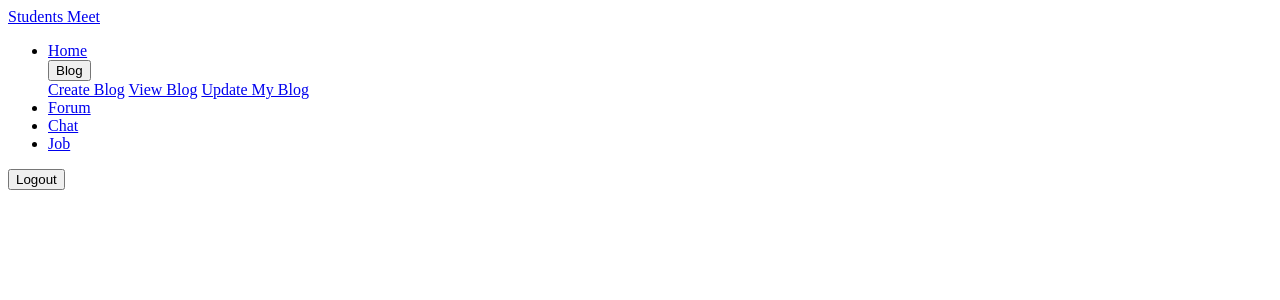
Repository: JamesArul/CLBSiteSTMT
Page: StudentsMeetFrontEnd/WebContent/Headers/UserHeader.html
The author's editor kept a copy of each file at every save. The page is drawn from the files as they stood at one save, then again after the next save.
The browser window is 1280 px wide. The pictures show the whole page.

Above is the page before, as saved 2017-05-31 17:30:18.

After the next save:
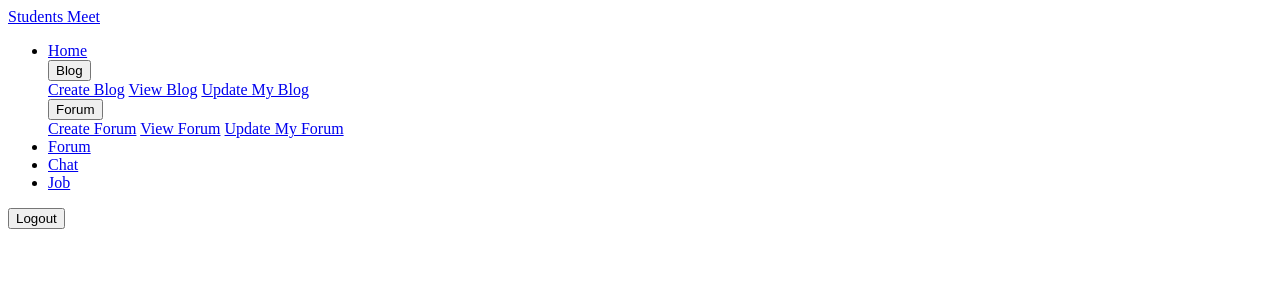
Saved 41 s later.
--- a/StudentsMeetFrontEnd/WebContent/Headers/UserHeader.html
+++ b/StudentsMeetFrontEnd/WebContent/Headers/UserHeader.html
@@ -14,6 +14,14 @@
      	 <a href="#">Update My Blog</a>
     	</div>
       </div>
+      <div class="dropdown">
+      <button class="dropbtn">Forum</button>
+    	<div class="dropdown-content">
+      	 <a href="#">Create Forum</a>
+      	 <a href="#">View Forum</a>
+     	 <a href="#">Update My Forum</a>
+    	</div>
+      </div>
       <li><a href="#!/goLogin">Forum</a></li>
       <li><a href="#!/goLogin">Chat</a></li>
       <li><a href="#!/goLogin">Job</a></li>
